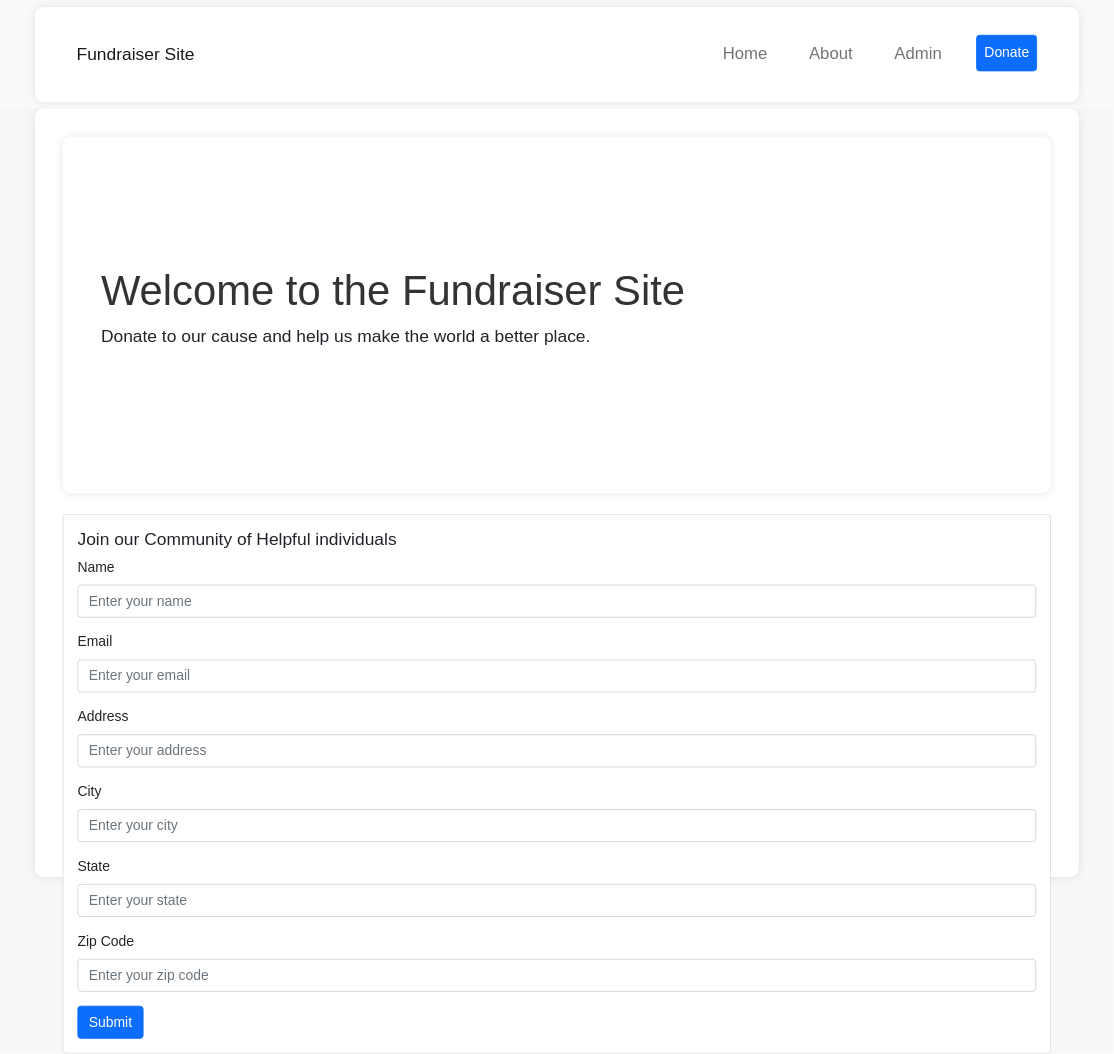
Repository: DragonFruit8/Fundraiser-Page
Page: /
These files come from the project's save history. The page is drawn as it stood at one moment and after a run of saves; the edit follows.
The browser window is 1280 px wide. The pictures show the whole page, at 87% of full size.
The project was rebuilt for these pictures with package versions that can differ from the ones it lists, and the page was loaded fresh each time. Also part of the build but not shown: src/pages/About.js, src/pages/Donate.js, src/pages/Admin.js.

Above is the page before, as saved 2024-07-19 13:02:49.

### public/index.html
<!DOCTYPE html>
<html lang="en">
  <head>
    <meta charset="utf-8" />
    <link rel="icon" href="%PUBLIC_URL%/favicon.ico" />
    <meta name="viewport" content="width=device-width, initial-scale=1" />
    <meta name="theme-color" content="#000000" />
    <meta
      name="description"
      content="Web site created using create-react-app"
    />
    <link rel="apple-touch-icon" href="%PUBLIC_URL%/logo192.png" />
    <link
      href="https://cdn.jsdelivr.net/npm/bootstrap@5.0.2/dist/css/bootstrap.min.css"
      rel="stylesheet"
      integrity="sha384-EVSTQN3/azprG1Anm3QDgpJLIm9Nao0Yz1ztcQTwFspd3yD65VohhpuuCOmLASjC"
      crossorigin="anonymous"
    />
    <!--
      manifest.json provides metadata used when your web app is installed on a
      user's mobile device or desktop. See https://developers.google.com/web/fundamentals/web-app-manifest/
    -->
    <link rel="manifest" href="%PUBLIC_URL%/manifest.json" />
    <!--
      Notice the use of %PUBLIC_URL% in the tags above.
      It will be replaced with the URL of the `public` folder during the build.
      Only files inside the `public` folder can be referenced from the HTML.

      Unlike "/favicon.ico" or "favicon.ico", "%PUBLIC_URL%/favicon.ico" will
      work correctly both with client-side routing and a non-root public URL.
      Learn how to configure a non-root public URL by running `npm run build`.
    -->
    <title>React App</title>
  </head>
  <body>
    <noscript>You need to enable JavaScript to run this app.</noscript>
    <div id="root"></div>
    <!--
      This HTML file is a template.
      If you open it directly in the browser, you will see an empty page.

      You can add webfonts, meta tags, or analytics to this file.
      The build step will place the bundled scripts into the <body> tag.

      To begin the development, run `npm start` or `yarn start`.
      To create a production bundle, use `npm run build` or `yarn build`.
    -->
    <script
      src="https://cdn.jsdelivr.net/npm/bootstrap@5.0.2/dist/js/bootstrap.bundle.min.js"
      integrity="sha384-MrcW6ZMFYlzcLA8Nl+NtUVF0sA7MsXsP1UyJoMp4YLEuNSfAP+JcXn/tWtIaxVXM"
      crossorigin="anonymous"
    ></script>
    <script
      src="https://cdn.jsdelivr.net/npm/@popperjs/core@2.9.2/dist/umd/popper.min.js"
      integrity="sha384-IQsoLXl5PILFhosVNubq5LC7Qb9DXgDA9i+tQ8Zj3iwWAwPtgFTxbJ8NT4GN1R8p"
      crossorigin="anonymous"
    ></script>
    <script
      src="https://cdn.jsdelivr.net/npm/bootstrap@5.0.2/dist/js/bootstrap.min.js"
      integrity="sha384-cVKIPhGWiC2Al4u+LWgxfKTRIcfu0JTxR+EQDz/bgldoEyl4H0zUF0QKbrJ0EcQF"
      crossorigin="anonymous"
    ></script>
  </body>
</html>

### src/App.js
import React from 'react';
import { BrowserRouter as Router, Route, Routes, Link } from 'react-router-dom';
import Home from './pages/HomeContainer';
import About from './pages/About';
import Donate from './pages/Donate';
import Admin from './pages/Admin';
import GlobalStyle from './globalStyles';
import Navbar from './components/Navbar';

const App = () => {
  return (
    <Router>
      <GlobalStyle />
        <Navbar />
      <Routes>
          <Route exact path="/" element={<Home />} />
          <Route path="/about" element={<About />} />
          <Route path="/donate" element={<Donate />} />
          <Route path="/admin" element={<Admin />} />
      </Routes>
    </Router>
  );
};

export default App;

### src/pages/HomeContainer.js

import React, { useState } from 'react';


const HomeContainer = () => {
    const [residentialInfo, setResidentialInfo] = useState({
        address: '',
        city: '',
        state: '',
        zipCode: ''
    });

    const handleChange = (e) => {
        setResidentialInfo({
            ...residentialInfo,
            [e.target.name]: e.target.value
        });
    };

    const handleSubmit = (e) => {
        e.preventDefault();
        // Send residentialInfo to the association for neighbors
        console.log(residentialInfo);
        // Reset the form
        setResidentialInfo({
            address: '',
            city: '',
            state: '',
            zipCode: ''
        });
    };

    return (
        <section className="container">
            <div className="row justify-content-center">
                <div className="col-md-12">
                    <div className="d-flex container row h-50 justify-content-center align-items-center">
                        <div className="col">
                            <h1 className="display-5">Welcome to the Fundraiser Site</h1>
                            <p className="lead">Donate to our cause and help us make the world a better place.</p>
                        </div>
                    </div>
                    <div className="card mt-4">
                        <div className="card-body">
                            <h5 className="card-title">Join our Community of Helpful individuals</h5>
                            <form onSubmit={handleSubmit}>
                                <div className="mb-3">
                                    <label htmlFor="name" className="form-label">Name</label>
                                    <input type="text" className="form-control" id="name" placeholder="Enter your name" />
                                </div>
                                <div className="mb-3">
                                    <label htmlFor="email" className="form-label">Email</label>
                                    <input type="email" className="form-control" id="email" placeholder="Enter your email" />
                                </div>
                                <div className="mb-3">
                                    <label htmlFor="address" className="form-label">Address</label>
                                    <input type="text" className="form-control" id="address" name="address" value={residentialInfo.address} onChange={handleChange} placeholder="Enter your address" />
                                </div>
                                <div className="mb-3">
                                    <label htmlFor="city" className="form-label">City</label>
                                    <input type="text" className="form-control" id="city" name="city" value={residentialInfo.city} onChange={handleChange} placeholder="Enter your city" />
                                </div>
                                <div className="mb-3">
                                    <label htmlFor="state" className="form-label">State</label>
                                    <input type="text" className="form-control" id="state" name="state" value={residentialInfo.state} onChange={handleChange} placeholder="Enter your state" />
                                </div>
                                <div className="mb-3">
                                    <label htmlFor="zipCode" className="form-label">Zip Code</label>
                                    <input type="text" className="form-control" id="zipCode" name="zipCode" value={residentialInfo.zipCode} onChange={handleChange} placeholder="Enter your zip code" />
                                </div>
                                <button type="submit" className="btn btn-primary">Submit</button>
                            </form>
                        </div>
                    </div>
                </div>
            </div>
        </section>
    );
    };


export default HomeContainer;

### src/globalStyles.js
import { createGlobalStyle } from 'styled-components';

const GlobalStyle = createGlobalStyle`
  body {
    margin: 0;
    padding: 0;
    font-family: 'Arial', sans-serif;
    background-color: #f7f7f7;
  }

  nav {
    background-color: #333;
    padding: 1rem;
    display: flex;
    justify-content: center;
  }

  nav a {
    color: #fff;
    margin: 0 1rem;
    text-decoration: none;
    font-size: 1.2rem;
  }

  nav a:hover {
    text-decoration: underline;
  }

  .container {
    max-width: 1200px;
    margin: 0 auto;
    padding: 2rem;
    background-color: #fff;
    box-shadow: 0 0 10px rgba(0, 0, 0, 0.1);
    border-radius: 10px;
  }

  h1 {
    color: #333;
  }

  button {
    background-color: #007BFF;
    color: #fff;
    border: none;
    padding: 0.5rem 1rem;
    font-size: 1rem;
    border-radius: 5px;
    cursor: pointer;
  }

  button:hover {
    background-color: #0056b3;
  }

  input {
    padding: 0.5rem;
    font-size: 1rem;
    margin-right: 0.5rem;
    border-radius: 5px;
    border: 1px solid #ccc;
  }
`;

export default GlobalStyle;

### src/components/Navbar.js
import React from 'react';
import { Link } from 'react-router-dom';

const Navbar = () => {
    return (
        <nav className="navbar navbar-expand-lg navbar-light bg-light">
            <div className="container">
                <Link className="navbar-brand" to="/">Fundraiser Site</Link>
                <button className="navbar-toggler" type="button" data-bs-toggle="collapse" data-bs-target="#navbarNav" aria-controls="navbarNav" aria-expanded="false" aria-label="Toggle navigation">
                    <span className="navbar-toggler-icon"></span>
                </button>
                <div className="collapse navbar-collapse" id="navbarNav">
                    <ul className="navbar-nav ms-auto">
                        <li className="nav-item">
                            <Link className="nav-link" to="/">Home</Link>
                        </li>
                        <li className="nav-item">
                            <Link className="nav-link" to="/about">About</Link>
                        </li>
                        <li className="nav-item">
                            <Link className="nav-link" to="/admin">Admin</Link>
                        </li>
                        <li className="nav-item">
                            <Link className="nav-link btn btn-primary text-white" to="/donate">Donate</Link>
                        </li>
                    </ul>
                </div>
            </div>
        </nav>
    );
}

export default Navbar;

Loaded but not shown: src/index.js (common file); src/index.css (common file)

After the next 2 saves:
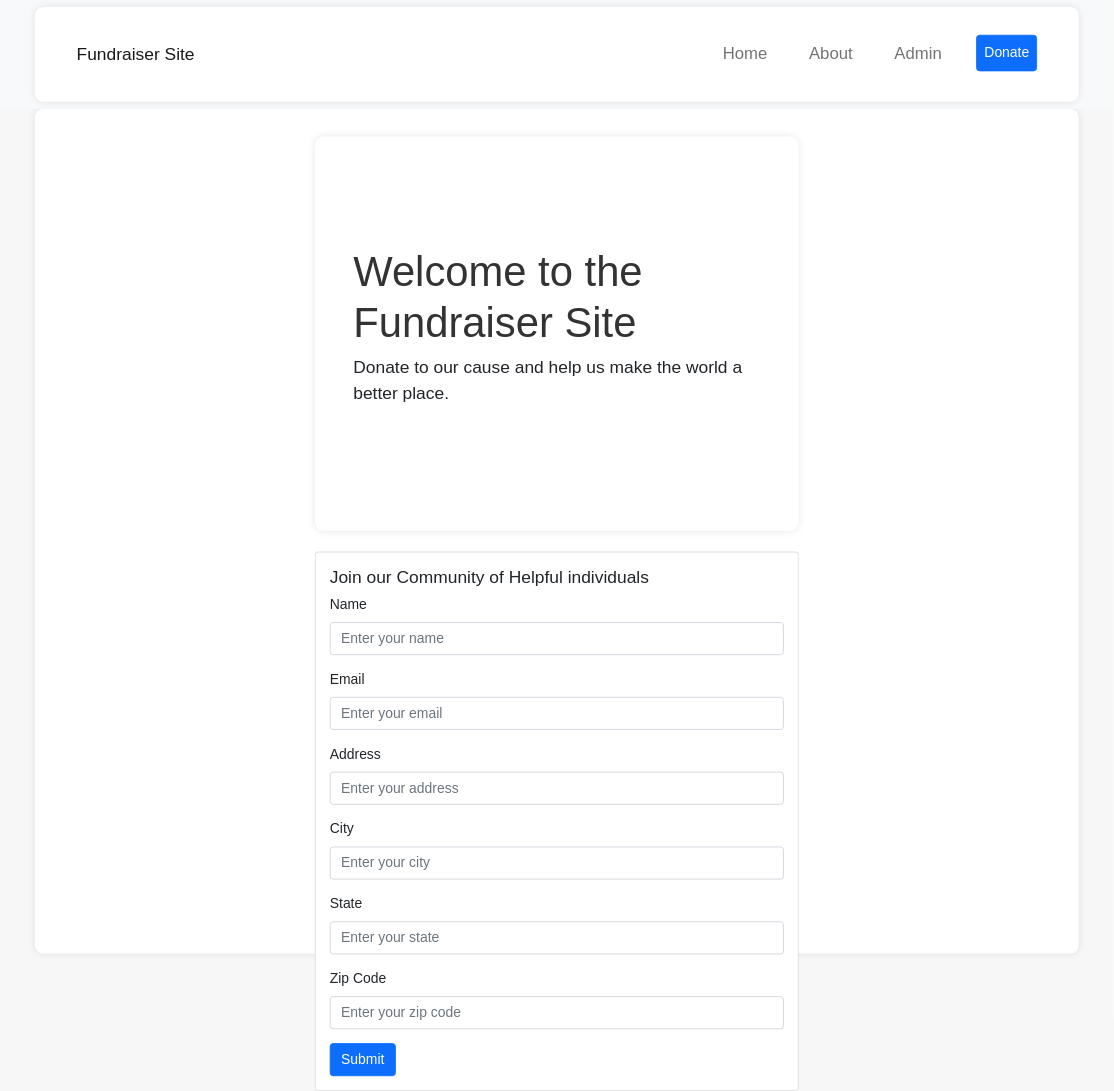
The 2 saves are shown as one change because they came seconds apart.
The last was saved 7 s later.
--- a/src/pages/HomeContainer.js
+++ b/src/pages/HomeContainer.js
@@ -33,7 +33,7 @@ const HomeContainer = () => {
     return (
         <section className="container">
             <div className="row justify-content-center">
-                <div className="col-md-12">
+                <div className="col-md-6">
                     <div className="d-flex container row h-50 justify-content-center align-items-center">
                         <div className="col">
                             <h1 className="display-5">Welcome to the Fundraiser Site</h1>
